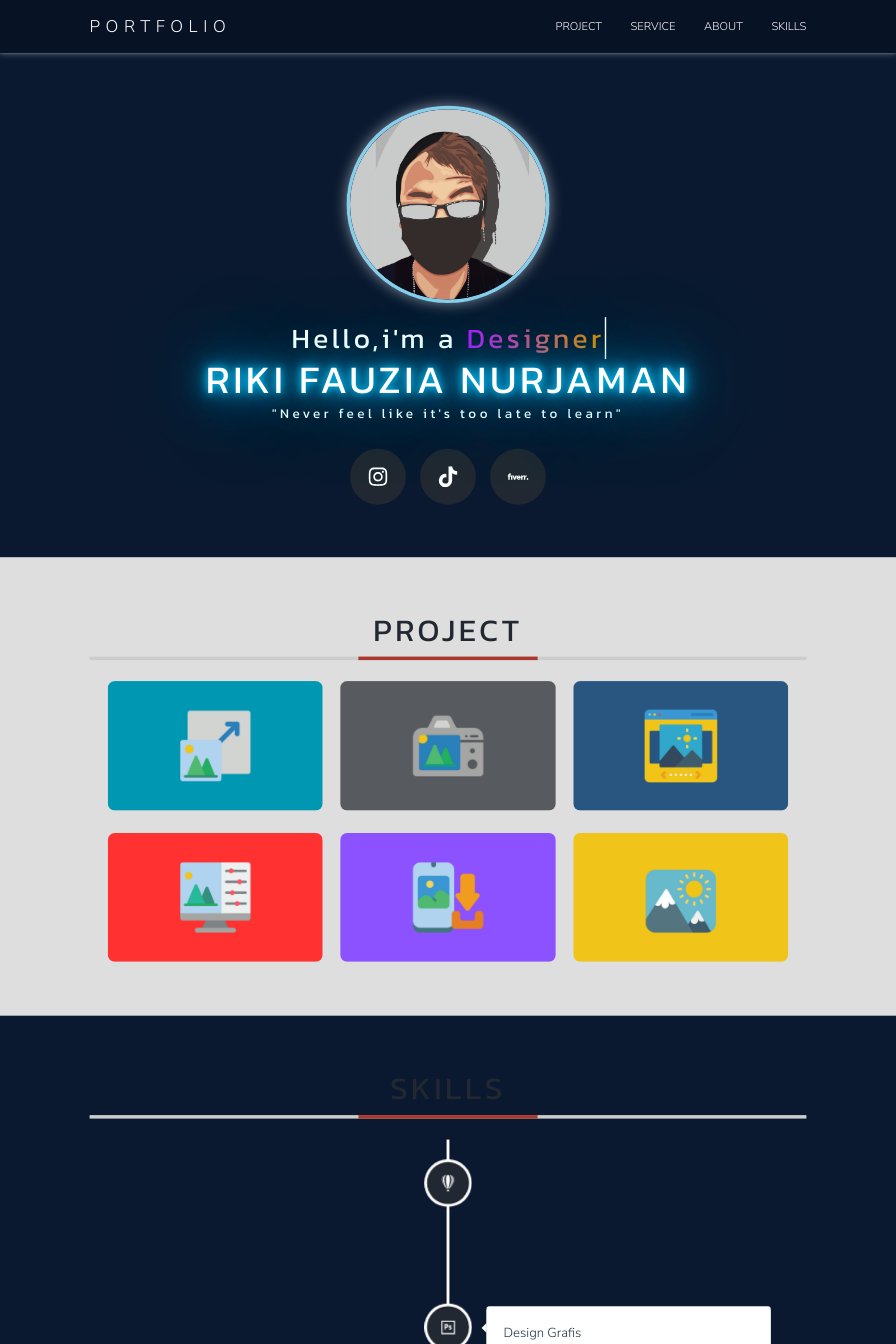
Repository: sellayspy/Portofolio
Page: /
An editor plug-in stored every save of this project. The page is shown before and after the next save, followed by the edit.
The browser window is 1280 px wide. The pictures show the part of the page from y = 0 to 1920 px (the page is 3848 px tall), at 70% of full size.
The project was rebuilt for these pictures with package versions that can differ from the ones it lists, and the page was loaded fresh each time. Also part of the build but not shown: vite.config.js, src/styles/DetailPortfolio.css, src/components/ScrollToTop.jsx, src/pages/DetailPortfolio.jsx, src/pages/PagesNotFound.jsx.

Above is the page before, as saved 2024-09-15 13:02:42.

### index.html
<!DOCTYPE html>
<html lang="en">
  <head>
    <meta charset="UTF-8" />
    <link rel="icon" type="image/svg+xml" href="/vite.svg" />
    <meta name="viewport" content="width=device-width, initial-scale=1.0" />
    <title>Portofolio RikiFN</title>
  </head>
  <body>
    <div id="root"></div>
    <script type="module" src="/src/main.jsx"></script>
  </body>
</html>

### src/App.jsx
import "./App.css";
import Home from "./pages/Home";
import DetailPortfolio from "./pages/DetailPortfolio";

import { BrowserRouter, Routes, Route } from "react-router-dom";
import PagesNotFound from "./pages/PagesNotFound";

const App = () => {
  return (
    <BrowserRouter>
      <Routes>
        <Route path="/" element={<Home />} />
        <Route path="/portfolio/:id" element={<DetailPortfolio />} />
        <Route path="/pages-not-found" element={<PagesNotFound />} />
        <Route path="*" element={<PagesNotFound />} />
      </Routes>
    </BrowserRouter>
  );
};

export default App;

### src/App.css
/* Global */
@import url("https://fonts.googleapis.com/css2?family=Nunito+Sans:opsz,wght@6..12,300&display=swap");
@import url("https://fonts.googleapis.com/css2?family=Kanit&display=swap");

html,
body {
  margin: 0px;
  padding: 0px;
  font-size: 16px;
  font-family: "Nunito Sans", sans-serif;
  scroll-behavior: smooth;
  background-color: #dedede;
}
.wrapper {
  width: 1024px;
  margin: auto;
  padding: 20px 0px 20px 0px;
}

section {
  padding: 50px 0px 50px 0px;
}

.wrapper > h3,
.wrapper > h1 {
  text-align: center;
  font-size: 2.8rem;
  margin: 0px 0px 30px 0px;
  padding: 0px;
  font-family: "Kanit", sans-serif;
  color: #222831;
  letter-spacing: 5px;
  text-transform: uppercase;
  border-bottom: 5px solid #cccccc;
}
.wrapper > h3::after,
.wrapper > h1::after {
  content: "";
  display: block;
  border-bottom: 5px solid #aa392d;
  width: 25%;
  position: relative;
  bottom: -5px; /* your padding + border-width */
  margin: auto;
}

@media only screen and (max-width: 1000px) {
  .wrapper {
    width: 80%;
  }
}

### src/pages/Home.jsx
import About from "../components/About";
import Experience from "../components/Experience";
import Footer from "../components/Footer";
import Header from "../components/Header";
import Navbar from "../components/Navbar";
import Portfolio from "../components/Portfolio";

function Home() {
  return (
    <>
      <Navbar />
      <Header />
      <Portfolio />
      <Experience />
      <About />
      <Footer />
    </>
  );
}

export default Home;

### src/components/About.jsx
import { FaHtml5 } from "react-icons/fa";
import { IoLogoJavascript } from "react-icons/io";
import { FaCss3 } from "react-icons/fa";
import { FaLaravel } from "react-icons/fa";
import { FaReact } from "react-icons/fa";
import { RiTailwindCssFill } from "react-icons/ri";
import { SiCoreldraw } from "react-icons/si";
import { SiAdobephotoshop } from "react-icons/si";
import "../styles/About.css";

const About = () => {
  return (
    <section id="about">
      <div className="wrapper">
        <h3>About</h3>
        <p>
          Lorem ipsum dolor sit amet consectetur adipisicing elit. Totam magni,
          dolorum, explicabo obcaecati ut impedit officiis quae non natus
          praesentium ex, excepturi asperiores laboriosam distinctio vitae
          cupiditate nulla debitis consectetur?
        </p>
        <p>
          Lorem ipsum dolor sit amet consectetur, adipisicing elit. Corporis,
          similique.
        </p>
        <p>Lorem ipsum dolor sit amet.</p>
        <h4>Programing Language & Tools</h4>
        <div className="skills">
          <FaHtml5 />
          <FaCss3 />
          <IoLogoJavascript />
          <RiTailwindCssFill />
          <FaLaravel />
          <FaReact />
          <SiCoreldraw />
          <SiAdobephotoshop />
        </div>
      </div>
    </section>
  );
};

export default About;

### src/components/Experience.jsx
import {
  VerticalTimeline,
  VerticalTimelineElement,
} from "react-vertical-timeline-component";
import "react-vertical-timeline-component/style.min.css";
import { SiNestjs } from "react-icons/si";
import { FaLaravel } from "react-icons/fa";
import { RiReactjsLine } from "react-icons/ri";
import { RiNextjsFill } from "react-icons/ri";
import { FaJava } from "react-icons/fa";
import { SiCoreldraw } from "react-icons/si";
import { DiPhotoshop } from "react-icons/di";
import "../styles/Experience.css";
const Experience = () => {
  return (
    <section id="experience">
      <div className="wrapper">
        <h3>Skills</h3>

        <VerticalTimeline>
          <VerticalTimelineElement
            className="vertical-timeline-element--work"
            iconStyle={{ background: "#222831", color: "#fff" }}
            icon={<SiCoreldraw />}
          >
            <h3 className="vertical-timeline-element-title">Design Grafis</h3>
            <h4 className="vertical-timeline-element-subtitle">
              2018 - Present
            </h4>
            <p>User Experience, Visual Design</p>
          </VerticalTimelineElement>
          <VerticalTimelineElement
            className="vertical-timeline-element--work"
            iconStyle={{ background: "#222831", color: "#fff" }}
            icon={<DiPhotoshop />}
          >
            <h3 className="vertical-timeline-element-title">Design Grafis</h3>
            <h4 className="vertical-timeline-element-subtitle">
              2018 - Present
            </h4>
            <p>User Experience, Visual Design</p>
          </VerticalTimelineElement>
          <VerticalTimelineElement
            className="vertical-timeline-element--work"
            iconStyle={{ background: "#222831", color: "#fff" }}
            icon={<RiReactjsLine />}
          >
            <h3 className="vertical-timeline-element-title">Web Development</h3>
            <h4 className="vertical-timeline-element-subtitle">
              2018 - Present
            </h4>
            <p>User Experience, Visual Design</p>
          </VerticalTimelineElement>
          <VerticalTimelineElement
            className="vertical-timeline-element--work"
            date="2024 - present"
            iconStyle={{ background: "#222831", color: "#fff" }}
            icon={<RiNextjsFill />}
          >
            <h3 className="vertical-timeline-element-title">Web Designer</h3>
            <h4 className="vertical-timeline-element-subtitle">
              Los Angeles, CA
            </h4>
            <p>User Experience, Visual Design</p>
          </VerticalTimelineElement>
          <VerticalTimelineElement
            className="vertical-timeline-element--work"
            date="2024 - present"
            iconStyle={{ background: "#222831", color: "#fff" }}
            icon={<FaJava />}
          >
            <h3 className="vertical-timeline-element-title">Web Designer</h3>
            <h4 className="vertical-timeline-element-subtitle">
              Los Angeles, CA
            </h4>
            <p>User Experience, Visual Design</p>
          </VerticalTimelineElement>
          <VerticalTimelineElement
            className="vertical-timeline-element--work"
            date="2024 - present"
            iconStyle={{ background: "#222831", color: "#fff" }}
            icon={<SiCoreldraw />}
          >
            <h3 className="vertical-timeline-element-title">Web Designer</h3>
            <h4 className="vertical-timeline-element-subtitle">
              Los Angeles, CA
            </h4>
            <p>User Experience, Visual Design</p>
          </VerticalTimelineElement>
          <VerticalTimelineElement
            className="vertical-timeline-element--work"
            date="2024 - present"
            iconStyle={{ background: "#222831", color: "#fff" }}
            icon={<DiPhotoshop />}
          >
            <h3 className="vertical-timeline-element-title">Web Designer</h3>
            <h4 className="vertical-timeline-element-subtitle">
              Los Angeles, CA
            </h4>
            <p>User Experience, Visual Design</p>
          </VerticalTimelineElement>
        </VerticalTimeline>
      </div>
    </section>
  );
};

export default Experience;

### src/components/Footer.jsx
import "../styles/Footer.css";

const Footer = () => {
  return <footer>&copy; 2024. Riki Fauzia Nurjaman</footer>;
};

export default Footer;

### src/components/Header.jsx
import profilePicture from "../assets/test.png";
import { FaInstagram } from "react-icons/fa";
import { FaTiktok } from "react-icons/fa";
import { SiFiverr } from "react-icons/si";
import "../styles/Header.css";
const Header = () => {
  return (
    <header>
      <div className="header-jumbotron">
        <img src={profilePicture} />
        <div className="header-text">
          <h4>
            Hello,i'm a <span className="sec-text"></span>
          </h4>
          <h3>Riki Fauzia Nurjaman</h3>
          <p>"Never feel like it's too late to learn"</p>
        </div>
        <div className="socialMedia">
          <a href="https://www.instagram.com/rikifauzianurjaman/">
            <FaInstagram />
          </a>
          <a href="https://www.tiktok.com/@officialspylike">
            <FaTiktok />
          </a>
          <a href="https://www.fiverr.com/rikifauzianurja">
            <SiFiverr />
          </a>
        </div>
      </div>
    </header>
  );
};

export default Header;

### src/components/Navbar.jsx
import { FaBars } from "react-icons/fa6";
import { IoClose } from "react-icons/io5";
import "../styles/Navbar.css";
import { useState } from "react";
import { HashLink } from "react-router-hash-link";
import { Link } from "react-router-dom";

const Navbar = () => {
  const [statusTampil, setStatusTampil] = useState("");

  const tampilMenu = () => {
    if (statusTampil == "") {
      setStatusTampil("tampil");
    } else {
      setStatusTampil("");
    }
  };
  return (
    <nav>
      <div className="wrapper">
        <div className="logo">
          <Link to="/">Portfolio</Link>
        </div>
        <button onClick={tampilMenu}>
          {statusTampil == "" ? <FaBars /> : <IoClose />}
        </button>
        <div className={`menu ${statusTampil}`} onClick={tampilMenu}>
          <ul>
            <li>
              <HashLink to="/#portfolio">Project</HashLink>
            </li>
            <li>
              <HashLink to="/#contact">Service</HashLink>
            </li>
            <li>
              <HashLink to="/#about">About</HashLink>
            </li>
            <li>
              <HashLink to="/#experience">Skills</HashLink>
            </li>
          </ul>
        </div>
      </div>
    </nav>
  );
};

export default Navbar;

### src/components/Portfolio.jsx
import { portfolioList } from "../data/DataPortfolio";

import { Link } from "react-router-dom";

import "../styles/Portfolio.css";

const Portfolio = () => {
  return (
    <section id="portfolio">
      <div className="wrapper">
        <h3>Project</h3>
        <div className="grid">
          {portfolioList.map((item) => {
            return (
              <div className="item" key={item.id}>
                <Link to={`/portfolio/${item.id}`}>
                  <img src={item.image} />
                </Link>
              </div>
            );
          })}
        </div>
      </div>
    </section>
  );
};

export default Portfolio;

### src/data/DataPortfolio.jsx
import portfolio1 from "../assets/portfolio1.png";
import portfolio2 from "../assets/portfolio2.png";
import portfolio3 from "../assets/portfolio3.png";
import portfolio4 from "../assets/portfolio4.png";
import portfolio5 from "../assets/portfolio5.png";
import portfolio6 from "../assets/portfolio6.png";

export const portfolioList = [
  {
    id: "1",
    title: "Website Portofolio",
    image: portfolio1,
    skill: "html, css, javascript",
  },
  {
    id: "2",
    title: "Website Portofolio2",
    image: portfolio2,
    skill: "laravel, react, api, typescript, tailwind",
  },
  {
    id: "3",
    title: "Website Portofolio3",
    image: portfolio3,
    skill: "react, javascript, css, html",
  },
  {
    id: "4",
    title: "Website Portofolio4",
    image: portfolio4,
    skill: "reactjs, typescript, tailwind, nodejs",
  },
  {
    id: "5",
    title: "Desain Grafis Portofolio",
    image: portfolio5,
    skill: "adobephotoshop, coreldraw",
  },
  {
    id: "6",
    title: "Desain Grafis Portofolio2",
    image: portfolio6,
    skill: "adobephotoshop, coreldraw",
  },
];

### src/styles/About.css
#about {
  background-color: #eaedef;
  position: relative;
  font-size: 1.2rem;
}
#about > .wrapper {
  margin: auto;
  width: 50%;
}
#about > .wrapper > h3 {
  text-align: center;
  font-size: 2.8rem;
  margin: 0px 0px 30px 0px;
  padding: 0px;
  font-family: "Kanit", sans-serif;
  color: #333;
  letter-spacing: 5px;
  text-transform: uppercase;
}
#about > .wrapper > p {
  text-align: center;
}

#about > .wrapper > h4 {
  text-align: center;
  font-size: 1.4rem;
  margin: 0px 0px 20px 0px;
  padding: 0px;
  font-family: "Kanit", sans-serif;
  letter-spacing: 5px;
  color: #333;
}
.skills {
  text-align: center;
}
.skills > svg {
  display: inline-block;
  color: #74797e;
  width: 50px;
  height: auto;
  margin: 10px;
  cursor: pointer;
}

.skills > svg:hover {
  color: #aa392d;
}

@media only screen and (max-width: 1000px) {
  #about > .wrapper {
    width: 80%;
  }
}

### src/styles/Experience.css
#experience {
  background-color: #0a192f;
  position: relative;
}

### src/styles/Footer.css
footer {
  background-color: #39404a;
  text-align: center;
  line-height: 100px;
  color: #fff;
  letter-spacing: 5px;
}

### src/styles/Header.css
header {
  background-color: #0a192f;
  height: 100vh;
  background-position: center center;
  position: relative;
  font-family: "Kanit", sans-serif;
  letter-spacing: 5px;
}

.header-jumbotron {
  position: absolute;
  top: 0;
  left: 0;
  display: flex;
  width: 100%;
  height: 100%;
  justify-content: center;
  align-items: center;
  flex-direction: column;
  text-align: center;
}
.header-jumbotron > img {
  width: 280px;
  border: 5px solid skyblue;
  border-radius: 100%;
  box-shadow: 0px 0px 20px rgba(255, 255, 255, 0.5);
}

.header-jumbotron > .header-text > h4 {
  color: #fff;
  margin: 20px 0px 0px 0px;
  padding: 0px;
  font-size: 2.5rem;
}

.header-jumbotron > .header-text > h4 > span {
  position: relative;
}

.sec-text::before {
  content: "Student";
  background: linear-gradient(270deg, #df8908 10%, #b415ff 100%);
  background-clip: text;
  -webkit-background-clip: text;
  -webkit-text-fill-color: transparent;
  animation: words 20s infinite;
}

.sec-text::after {
  content: "";
  position: absolute;
  width: 0;
  height: 100%;
  background-color: #0a192f;
  border-left: 2px solid #e03fd8;
  right: -2px;
  animation: cursor 0.8s infinite;
}
@keyframes cursor {
  to {
    border-left: 2px solid #fff;
  }
}
@keyframes words {
  0%,
  20% {
    content: "Programmer";
  }
  21%,
  40% {
    content: "Designer";
  }
  41%,
  60% {
    content: "Gamer";
  }
}

.header-jumbotron > .header-text > h3 {
  position: relative;
  color: #0e3742; /* Warna awal sebelum animasi */
  margin: 10px 0px 0px 0px;
  padding: 0px;
  font-size: 3.5rem;
  text-transform: uppercase;
  line-height: 0.7em;
  outline: none;
  animation: animate 5s linear forwards; /* Menggunakan forwards agar berhenti di akhir */
}

@keyframes animate {
  0% {
    color: #0e3742; /* Warna teks awal */
    text-shadow: none; /* Tidak ada bayangan teks di awal */
  }
  100% {
    color: #fff; /* Warna teks saat menyala */
    text-shadow: 0 0 10px #03bcf4, 0 0 20px #03bcf4, 0 0 40px #03bcf4,
      0 0 80px #03bcf4, 0 0 160px #03bcf4; /* Efek cahaya di akhir animasi */
  }
}

.header-jumbotron > .header-text > p {
  padding: 15px;
  margin: 0px 5px 20px 5px;
  color: #fff;
  font-size: 1.2rem;
}
.socialMedia {
  color: #fff;
  display: flex;
  gap: 20px;
}

.socialMedia > a {
  background-color: #222831;
  color: #fff;
  width: 80px;
  height: 80px;
  border-radius: 50%;
  display: flex;
  justify-content: center;
  align-items: center;
  transition: transform 0.3s ease-in-out;
}
.socialMedia > a > svg {
  height: 30px;
  width: auto;
}
.socialMedia > a:hover {
  background-color: #aa392d;
  box-shadow: 0px 0px 10px rgba(255, 255, 255, 0.5);
  transform: scale(1.2);
}

@media only screen and (max-width: 1000px) {
  .socialMedia > a {
    width: 60px;
    height: 60px;
  }

  .socialMedia > a > svg {
    height: 30px;
    width: auto;
  }
}

### src/styles/Navbar.css
nav {
  background-color: #081225;
  color: #fff;
  position: sticky;
  top: 0;
  z-index: 100;
  text-transform: uppercase;
  box-shadow: 0px 0px 10px rgba(255, 255, 255, 0.5);
}
nav > .wrapper {
  display: flex;
  justify-content: space-between;
  align-items: center;
}

.menu {
  width: 35%;
}

.logo {
  display: flex;
  align-items: center;
}
.logo > a {
  color: #fff;
  text-decoration: none;
  font-size: 1.5rem;
  font-weight: 900;
  letter-spacing: 8px;
}
.menu > ul {
  display: flex;
  list-style-type: none;
  margin: 0px;
  padding: 0px;
  justify-content: space-between;
  font-weight: bold;
}

.menu > ul > li > a {
  position: relative;
  text-decoration: none;
  color: #fff;
}

.menu > ul > li > a::before {
  content: "";
  position: absolute;
  top: 100%;
  left: 0;
  width: 0;
  height: 2px;
  background: yellow;
  transition: 0.3s;
}

.menu > ul > li > a:hover::before {
  width: 100%;
}

nav > .wrapper > button {
  cursor: pointer;
  display: none;
  position: absolute;
  right: 10px;
  top: 10px;
  border: 0px;
  background-color: transparent;
  padding: 0px;
}
nav > .wrapper > button > svg {
  color: #fff;
  font-size: 50px;
}
@media only screen and (max-width: 1000px) {
  .menu > ul {
    display: none;
  }
  .menu.tampil > ul {
    display: inline;
  }
  .menu {
    text-align: right;
  }
  nav > .wrapper > button {
    display: inline;
  }
  .menu > ul {
    flex-direction: column;
    background-color: #060d1c;
    width: 100%;
    position: fixed;
    top: 70px;
    left: 0;
  }
  .menu > ul > li {
    text-align: left;
    cursor: pointer;
  }
  .menu > ul > li > a {
    display: inline-block;
    padding: 15px 20px 15px 50px;
    width: 100%;
  }
  .menu > ul > li > a:hover {
    background-color: #000;
  }
}

### src/styles/Portfolio.css
.grid {
  display: grid;
  grid-template-columns: 30% 30% 30%;
  grid-gap: 25px;
  justify-content: center;
}

.grid > .item > a > img {
  width: 100%;
  border-radius: 10px;
}

@media only screen and (max-width: 1000px) {
  .grid {
    grid-template-columns: 45% 45%;
  }
}

Loaded but not shown: src/main.jsx (common file); src/index.css (common file)

After the next save:
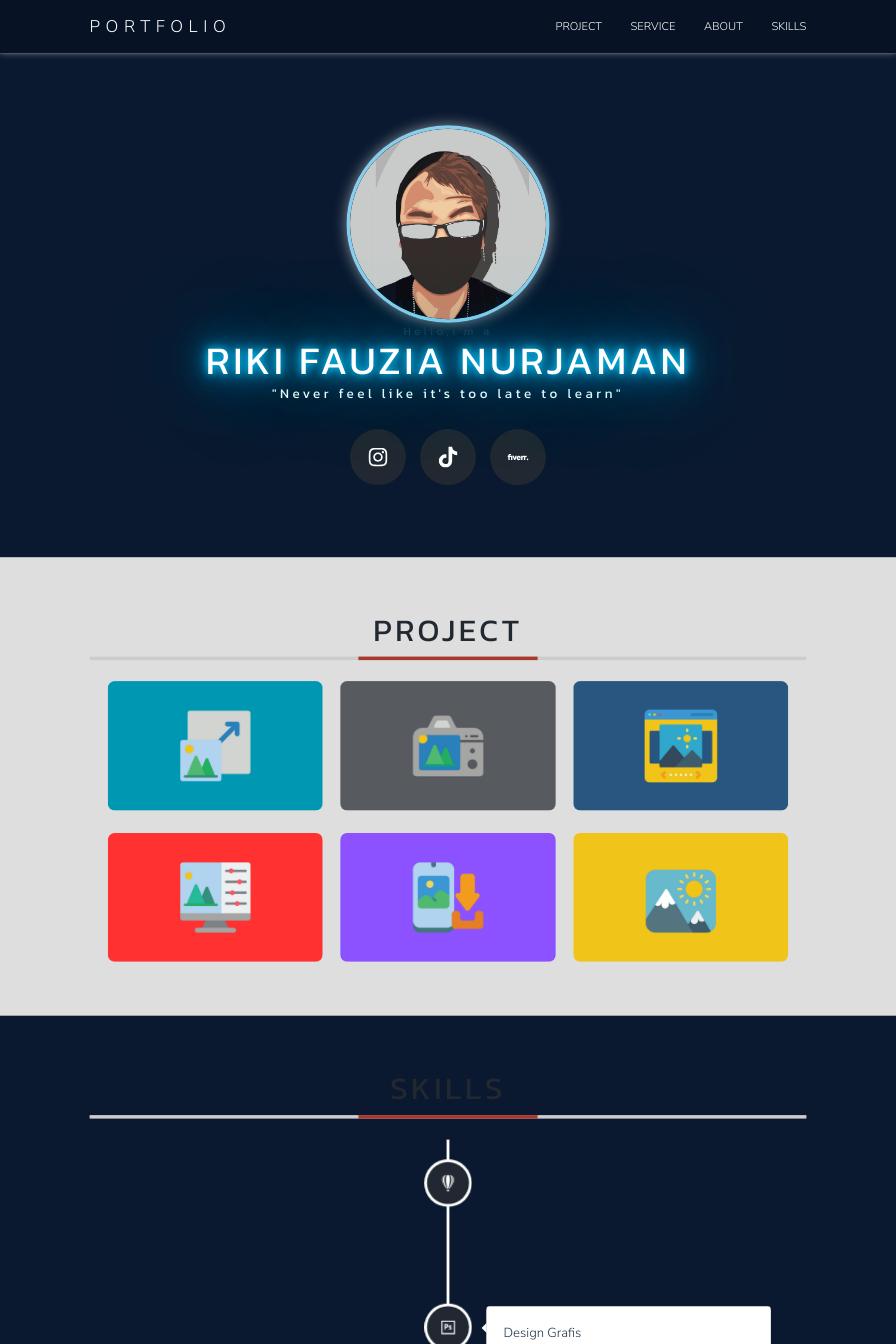
Saved 90 s later.
--- a/src/components/Header.jsx
+++ b/src/components/Header.jsx
@@ -9,9 +9,7 @@
       <div className="header-jumbotron">
         <img src={profilePicture} />
         <div className="header-text">
-          <h4>
-            Hello,i'm a <span className="sec-text"></span>
-          </h4>
+          Hello,i'm a <span></span>
           <h3>Riki Fauzia Nurjaman</h3>
           <p>"Never feel like it's too late to learn"</p>
         </div>

After the 3 saves that followed:
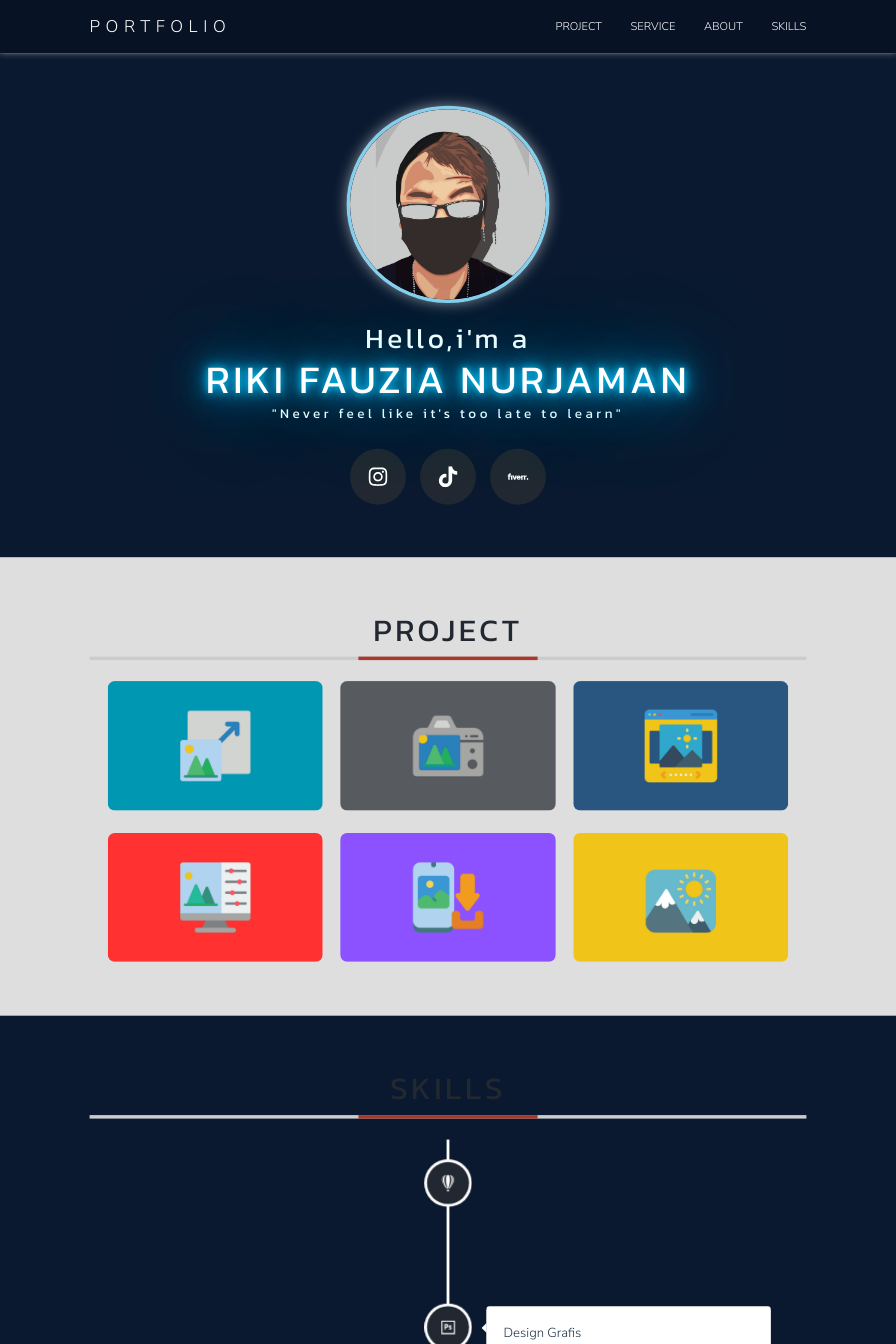
The 3 saves are shown as one change because 2 left the picture as it was.
The last was saved 2 min 31 s later.
--- a/src/components/Header.jsx
+++ b/src/components/Header.jsx
@@ -9,7 +9,9 @@
       <div className="header-jumbotron">
         <img src={profilePicture} />
         <div className="header-text">
-          Hello,i'm a <span></span>
+          <div className="animated-tex">
+            Hello,i'm a <span></span>
+          </div>
           <h3>Riki Fauzia Nurjaman</h3>
           <p>"Never feel like it's too late to learn"</p>
         </div>
--- a/src/styles/Header.css
+++ b/src/styles/Header.css
@@ -26,7 +26,7 @@ header {
   box-shadow: 0px 0px 20px rgba(255, 255, 255, 0.5);
 }
 
-.header-jumbotron > .header-text > h4 {
+.header-jumbotron > .header-text > .animated-tex {
   color: #fff;
   margin: 20px 0px 0px 0px;
   padding: 0px;
